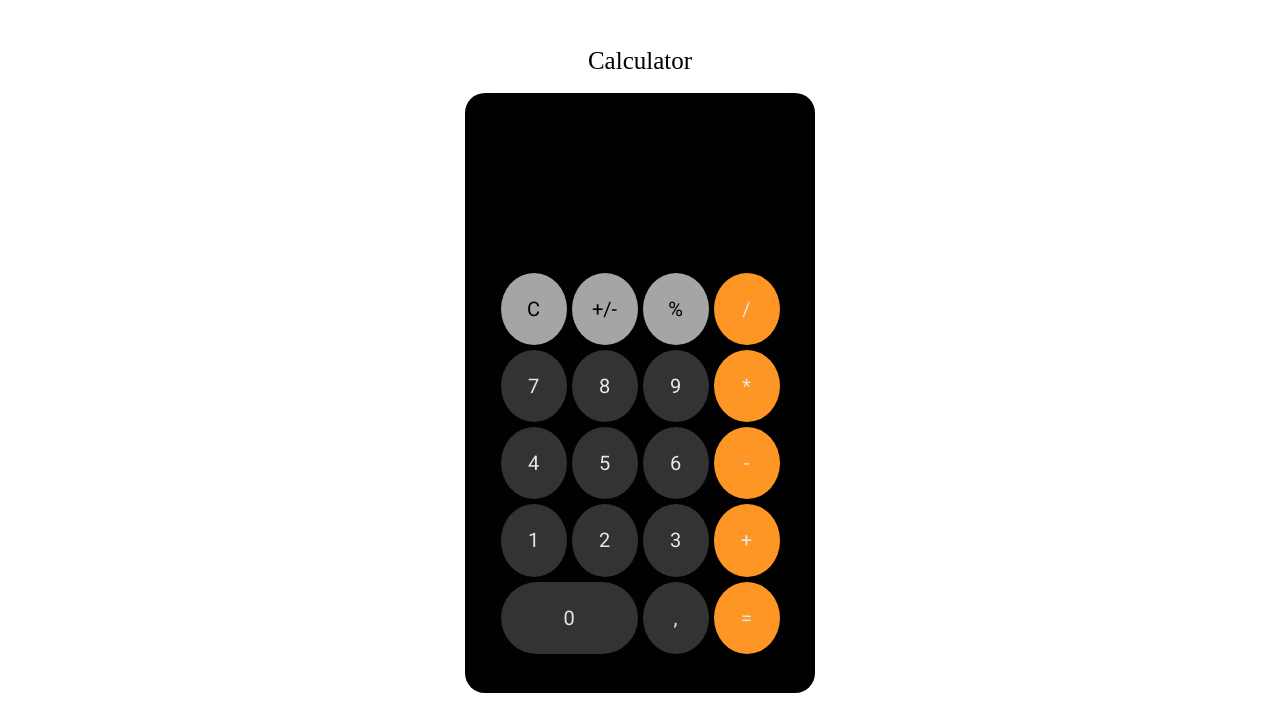
Repository: Gibon9/SimpleCalc
Page: index.html
An editor plug-in stored every save of this project. The page is shown before and after the next save, followed by the edit.
The browser window is 1280 px wide. The pictures show the whole page.
Some web fonts or font styles are not loaded; a fallback is used.

Above is the page before, as saved 2020-11-27 19:45:14.

After the next save:
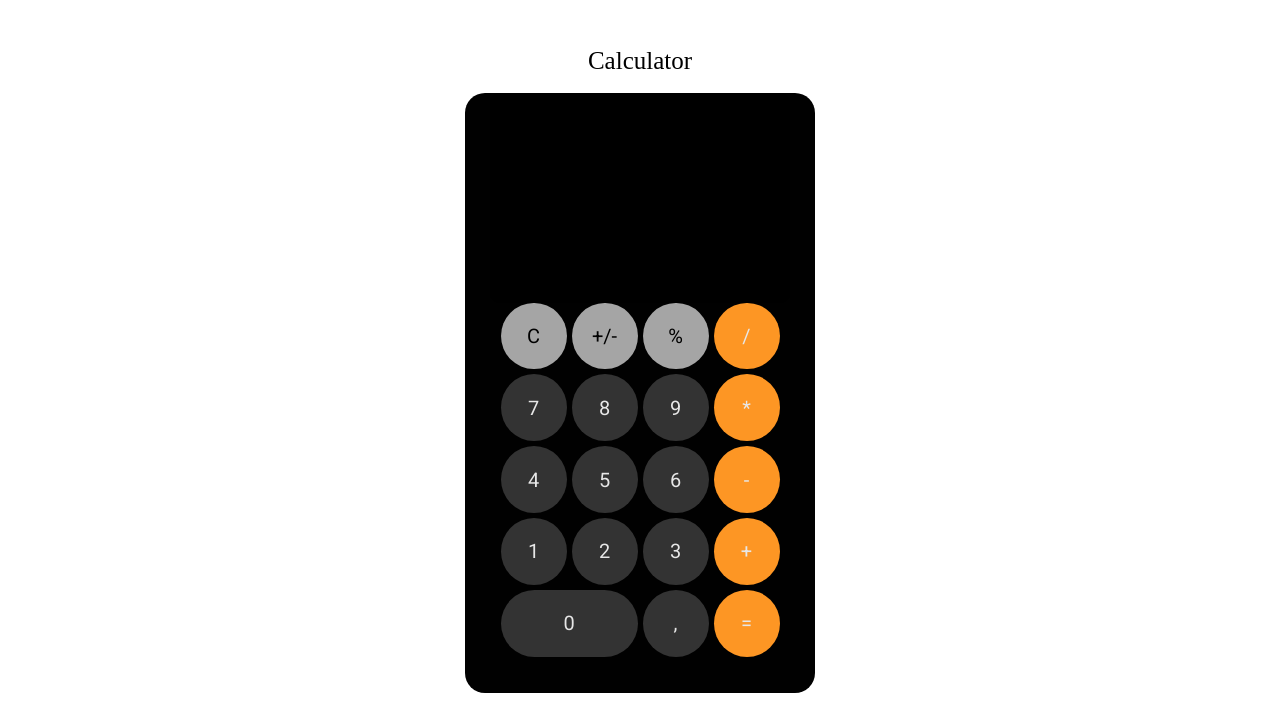
Saved 36 s later.
--- a/style/style.css
+++ b/style/style.css
@@ -42,7 +42,7 @@
 .calc-display {
   margin: 0 auto;
   width: 300px;
-  height: 30%;
+  height: 35%;
   background-color: var(--display-color);
   color: var(--primary-color);
   border-radius: 10px;
@@ -50,7 +50,7 @@
 }
 
 .keyboard {
-  height: 70%;
+  height: 65%;
   display: grid;
   grid-template-columns: repeat(10, 1fr);
   grid-template-rows: repeat(11, 1fr);
